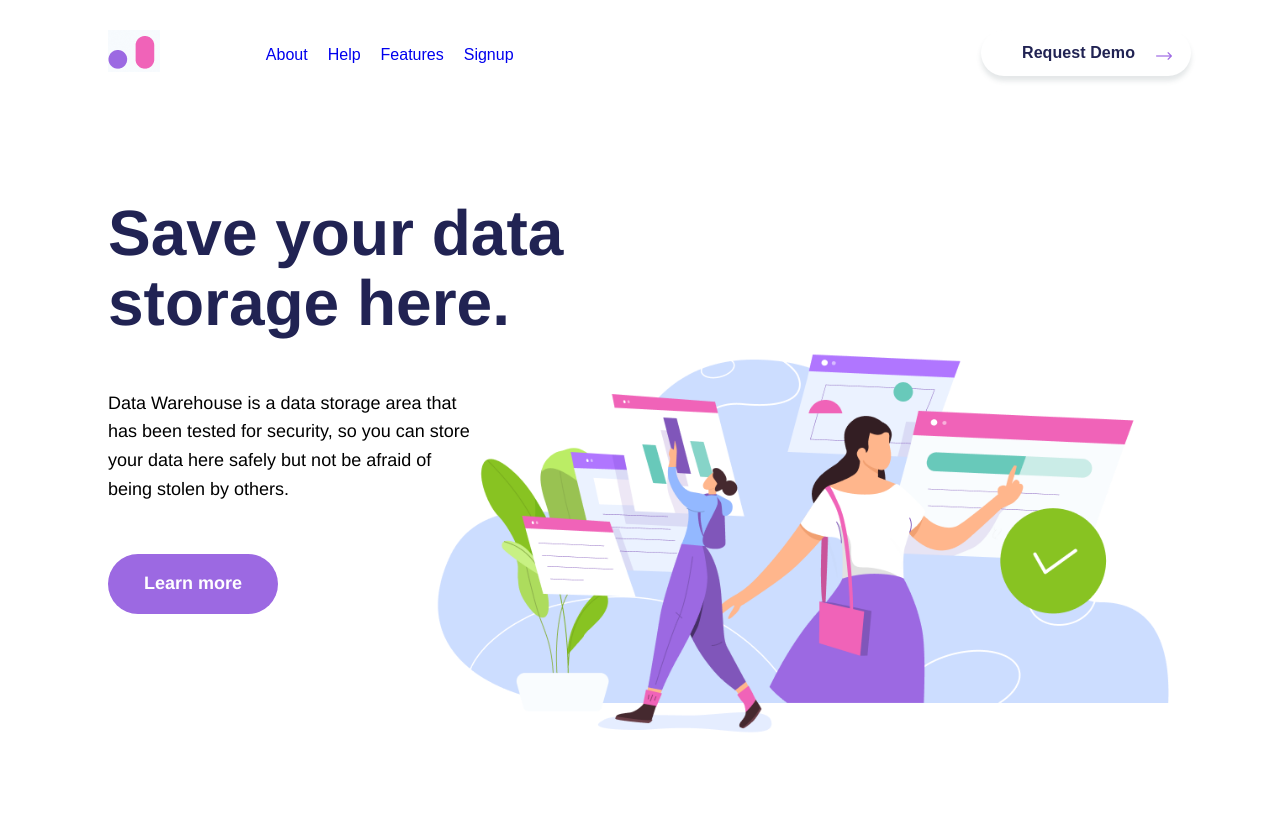
Repository: batonAnton/HW6_flexbox
Page: index.html
An editor plug-in stored every save of this project. The page is shown before and after the next save, followed by the edit.
The browser window is 1280 px wide. The pictures show the whole page.
Some web fonts or font styles are not loaded; a fallback is used.

Above is the page before, as saved 2022-06-18 11:21:58.

### index.html
<!DOCTYPE html>
<html lang="en">
<head>
    <meta charset="UTF-8">
    <meta http-equiv="X-UA-Compatible" content="IE=edge">
    <meta name="viewport" content="width=device-width, initial-scale=1.0">
    <link href="http://fonts.cdnfonts.com/css/helvetica-neue-9" rel="stylesheet">
    <link rel="stylesheet" href="./fonts/Helvetica-Bold.ttf">
    <link rel="stylesheet" href="./fonts/AvenirLTStd-Black.otf">
    <link rel="stylesheet" href="/css/style.css">
    <title>FlexBox</title>
</head>
<body>
    <header>
        <div class="logo">
            <img src="./images/logo.png" alt="logo">
        </div>

        <nav>
            <ul>
                <li>
                    <a href="#">about</a>
                </li>
                <li>
                    <a href="#">help</a>
                </li>
                <li>
                    <a href="#">features</a>
                </li>
                <li>
                    <a href="#">signup</a>
                </li>
            </ul>
        </nav>

        <div class="header-btn">
            <div>
                <button>request demo</button>
            </div>
            <div class="btn-img">
                <img src="./images/right-arrow.png" alt="arrow-right" >
            </div>
        </div>
    </header>

    <div class="section">
        <div class="info">
            <h1>Save your data <br> storage here.</h1>
            <p>Data Warehouse is a data storage area that <br>has been
                tested for security, so you can store <br> your data here
                safely but not be afraid of <br> being stolen by others.</p>
            <button>Learn more</button>
        </div>

        <div class="section-img">
            <img src="./images/headerImg.png" alt="">
        </div>
    </div>
</body>
</html>

### css/style.css
body {
  box-sizing: border-box;
  font-family: "Avenir";
}

header {
  display: flex;
  margin: 30px 100px;
  justify-content: space-between;
  /* border: 1px solid gray; */
 font-family: Arial, Helvetica, sans-serif;
  font-size: 16px;
}


nav {
  margin-right: 40%;
}

nav ul {
  display: flex;
  list-style: none;
  color: #4b5d68;
}

nav ul li a {
  text-decoration: none;
  padding-left: 20px;
  text-transform: capitalize;
}

.header-btn {
  display: flex;
  justify-content: center;
}


.header-btn button {
  padding: 15px 30px 15px 15px;
  text-transform: capitalize;
  border: none;
  border-radius: 50px;
  background: #ffffff;
  box-shadow: 0px 5px 5px rgb(75 93 104 / 15%);
  width: 210px;
  color: #212353;
  font-size: 16px;
  font-weight: 800;
  line-height: 100%;
  letter-spacing: 0.005em;
}

.btn-img {
  margin-left: -35px;
  padding-left: -15px;
  align-self: center;
}

button img {
  padding-top: 5px;
  margin-left: 5px;
}

button:hover {
  border: 1px solid rgba(156, 105, 226, 1);
  text-decoration: underline;
}

.section {
  display: flex;
  margin: 70px 100px;
  position: relative;
  height: 600px;
  overflow: hidden;
}


.info {
  width: 50%;
}

.section h1 {
  font-style: normal;
  font-weight: 700;
  font-size: 4rem;
  line-height: 110%;
  font-family: "Helvetica Neue", sans-serif;
  color:#212353;
  font-weight: 700;
}



.section p {
  font-family: 'Avenir', Helvetica, sans-serif;
  font-style: normal;
  font-weight: 500;
  font-size: 18px;
  line-height: 160%;
  margin-top: 50px;
  margin-bottom: 50px;
}

.section-img {
  position: absolute;
  bottom: 1%;
  right: -13%;
}
.section-img img {
  width: 84%;
}

.info button{
    font-family: 'Avenir', Helvetica, sans-serif;
    font-style: normal;
    font-weight: 700;
    font-size: 18px;
    line-height: 160%;
    background-color: #9C69E2;
    border-radius: 50px;
    color: #ffffff;
    width: 170px;
    height: 60px;
    border: none;
    cursor: pointer;
}

After the next save:
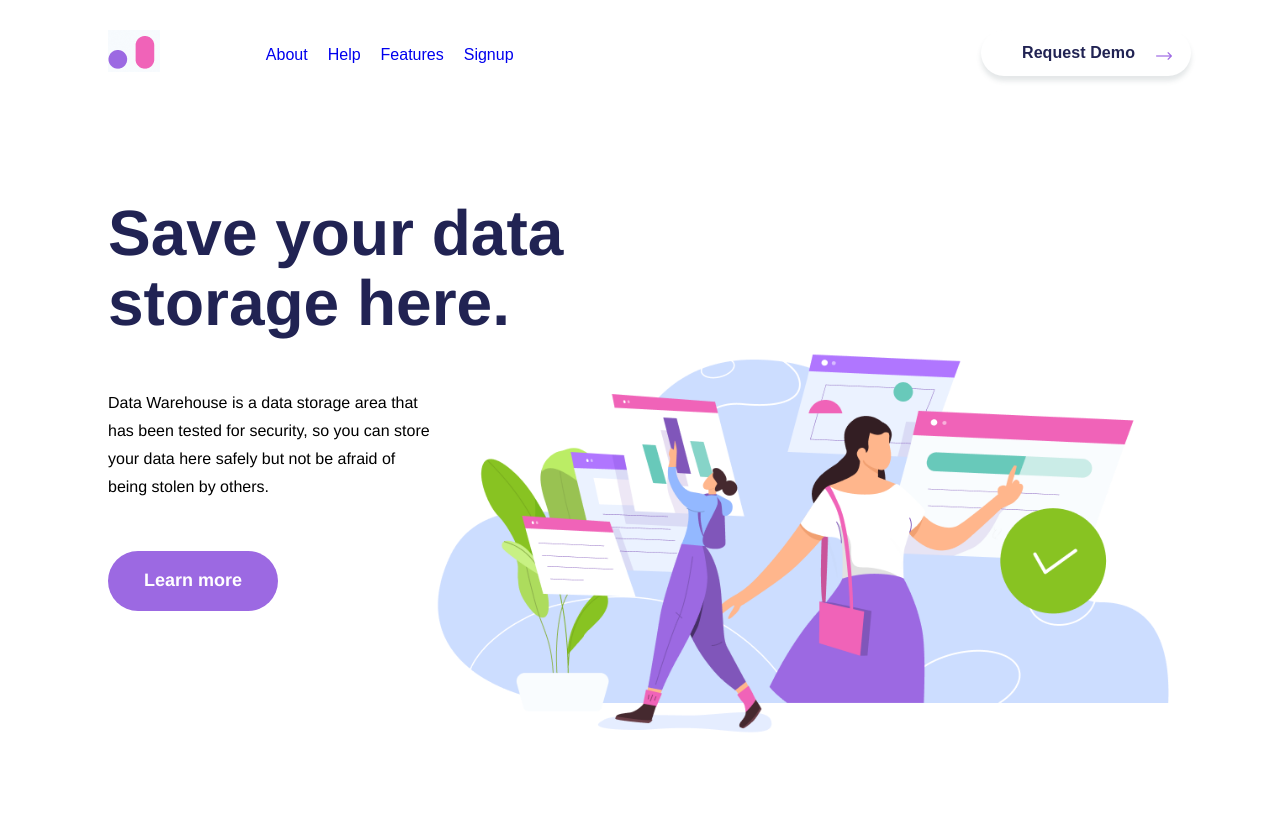
Saved 5 min 6 s later.
--- a/css/style.css
+++ b/css/style.css
@@ -95,8 +95,8 @@ button:hover {
   font-family: 'Avenir', Helvetica, sans-serif;
   font-style: normal;
   font-weight: 500;
-  font-size: 18px;
-  line-height: 160%;
+  font-size: 16px;
+  line-height: 28px;
   margin-top: 50px;
   margin-bottom: 50px;
 }
